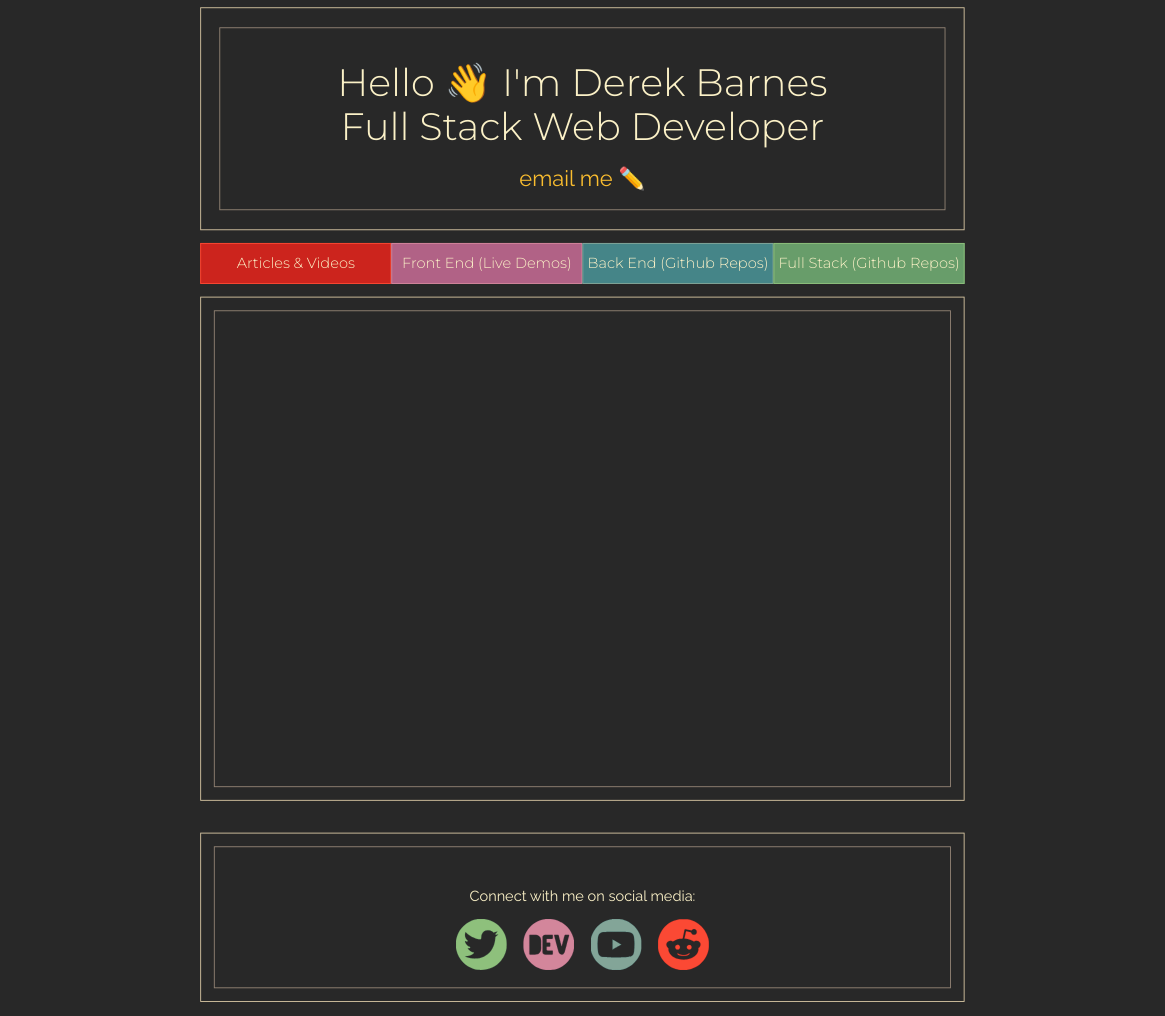
Repository: dsbarnes/groovy-blog
Page: index.html
These files come from the project's save history. The page is drawn as it stood at one moment and after the next save; the edit follows.
The browser window is 1280 px wide. The pictures show the whole page, at 91% of full size.
After loading, the first visible `#articles` was clicked once.
The style sheet was rebuilt from its Sass, Less or Tailwind sources for each picture, by a compiler version that may differ from the author's.

Above is the page before, as saved 2020-05-09 21:32:07.

### index.html
<!DOCTYPE html>
<html lang="en">

<head>
    <meta charset="UTF-8">
    <meta name="viewport" content="width=device-width, initial-scale=1.0">
    <link href="https://fonts.googleapis.com/css2?family=Montserrat:wght@300&display=swap" rel="stylesheet">
    <link href="https://fonts.googleapis.com/css2?family=Raleway&display=swap" rel="stylesheet">

    <title>D.S. Barnes</title>

    <link rel="stylesheet" href="./CSS/style.css">
</head>

<body>
    <div class="container">

        <div id='nameCard'>
            <div id="doubleBorder">
                <p>Hello 👋 I'm Derek Barnes</p>
                <p>Full Stack Web Developer</p>
                <br />
                <small><a href='mailto:derekb0147@gmail.com'>email me ✏️</a></small>
                <br />
            </div>
        </div>

        <div id='selections'>
            <p class='nav' data-color='red' id='articles'>Articles & Videos</p>
            <p class='nav' data-color='purple' id='frontend'>Front End (Live Demos)</p>
            <p class='nav' data-color='blue' id='backend'>Back End (Github Repos)</p>
            <p class='nav' data-color='aqua' id='fullstack'>Full Stack (Github Repos)</p>
        </div>

        <!-- <button id="toggle-button">Toggle collapse</button> -->

        <!-- Section one -->
        <div class="content">
            <div class='double-border'>
                <div id='about-section-text'>
                    <p>As a full stack developer, I don't just write code.</p>
                    <p>I focus on team dynamics, agile work practices, and communications.</p>
                    <br />
                    <p>I can build APIs and maintain databases.</p>
                    <p>Equally, often more importantly, I listen to and understand consumer needs.</p>
                    <br />
                    <p>I specialize in clean, unobtrusive interfaces,</p>
                    <p>using modern technology,</p>
                    <p>to communicate clearly and solve real world problems.</p>
                </div>

                <div id='articles-section-text'></div>
                <div id='frontend-section-text'></div>
                <div id='backend-section-text'></div>
                <div id='fullstack-section-text'></div>

            </div>
        </div>


        <!-- Section two -->
        <div class="hobbies collapsible">
            <div class='double-border collapsible'>

                <p>Besides code, I like to:</p>
                <br />

                <p class='xpad'>
                    <span class='bigEmoji'>🤔</span>
                    <span class='emojiText'>Think about philosophy.</span>
                </p>

                <p class='xpad'>
                    <span class='bigEmoji'>♟️</span>
                    <span class='emojiText'>Play chess.</span>
                </p>

                <p class='xpad'>
                    <span class='bigEmoji'>🎤</span>
                    <span class='emojiText'>listen to gratuitous amounts of rap music.</span>
                </p>


            </div>
        </div>


        <!-- Section three -->
        <div class="social-media">
            <div class="double-border">

                <p>Connect with me on social media:</p>

                <div id='media-icons'>
                    <img src='../SVG/twitterLogo.svg'><a href='#' id='twitter'></a></img>
                    <img src='../SVG/devLogo.svg'><a href='#' id="devto"></a></img>
                    <img src='../SVG/youtubeLogo.svg'><a href='#' id='youtube'></a></img>
                    <img src='../SVG/redditLogo.svg'><a href='#' id='reddit'></a></img>
                </div>

            </div>
        </div>

    </div><!-- container -->

    <script type=module src="index.js"></script>
</body>

</html>

### index.js
import articles from './components/articles.js'
import repos from './components/repos.js'

import articlesData from './siteData/articles.js'
import backendData from './siteData/backEnd.js'
import frontendData from './siteData/frontEnd.js'
import fullstackData from './siteData/fullStack.js'


document.querySelectorAll('.nav')
    .forEach(btn => btn.addEventListener('click', function () {
        console.log(this.dataset.color)

        const aboutText = document.getElementById('about-section-text')
        aboutText.style.display = 'none'

        // Add overflow: scroll
        document.querySelector('.content')
            .classList.add('collapsed')

        // Shrinks and fades out the middle box
        const doubleBorder =
            Array.from(document.querySelectorAll('.double-border'))
        doubleBorder[1].classList.add('collapsed')

        document.querySelector('.hobbies.collapsible')
            .classList.add('collapsed')

        // Slightly shrink the social media box:
        document.querySelector('.social-media')
            .classList.add('collapsed')

    }))

// document.querySelector('#toggle-button')
// .addEventListener('click',
// function () {
//     // Remove the about me section:
//     const aboutText = document.getElementById('about-section-text')
//     aboutText.style.display = 'none'

//     // Add overflow: scroll
//     document.querySelector('.section-one')
//         .classList.toggle('collapsed')

//     // Shrinks and fades out the middle box
//     document.querySelector('.section-two.collapsible')
//         .classList.toggle('collapsed')

//     document.querySelector('.section-three')
//         .classList.toggle('collapsed')

//     // repopulate what was the about section
//     // it is now the section the user clicked
//     repos(backendData)
// });

### components/articles.js
function modules(arr) {
    console.log('modules works')
}

export default modules

### components/repos.js
function repos(arr) {

    const root = document.getElementById('articles-section-text')

    for (const element of arr) {

        const keys = Object.keys(element)

        const container = document.createElement('div')
        const title = document.createElement('h1')
        const repolink = document.createElement('p')
        const demolink = document.createElement('p')
        const description = document.createElement('p')

        title.innerHTML = element['Repo']
        container.appendChild(title)

        repolink.innerHTML = element['RepoLink']
        container.appendChild(repolink)

        demolink.innerHTML = element['DemoLink']
        container.appendChild(demolink)

        description.innerHTML = element['Description']
        container.appendChild(description)


        container.id = 'article'
        root.appendChild(container)

    }
}

export default repos

### siteData/articles.js
const articleData = [
    {
        "Title": "Article Project One",
        "Link": "blah.com",
        "Date": "date-posted",
        "Short": "fjdklsafjdlks;fajsdl;f"
    },
    {
        "Title": "Article Project Two",
        "Link": "blah.com",
        "Date": "date-posted",
        "Short": "fjdklsafjdlks;fajsdl;f"
    },
    {
        "Title": "Article Project Three",
        "Link": "blah.com",
        "Date": "date-posted",
        "Short": "fjdklsafjdlks;fajsdl;f"
    },
    {
        "Title": "Article Project Four",
        "Link": "blah.com",
        "Date": "date-posted",
        "Short": "fjdklsafjdlks;fajsdl;f"
    },
    {
        "Title": "Article Project Five",
        "Link": "blah.com",
        "Date": "date-posted",
        "Short": "fjdklsafjdlks;fajsdl;f"
    }
]

export default articleData

### siteData/backEnd.js
const backendData = [
    {
        "Repo": "Back End Project One",
        "RepoLink": "blah.com",
        "Description": "README.md"
    },
    {
        "Repo": "Back End Project Two",
        "RepoLink": "blah.com",
        "Description": "README.md"
    },
    {
        "Repo": "Back End Project Three",
        "RepoLink": "blah.com",
        "Description": "README.md"
    },
    {
        "Repo": "Back End Project Four",
        "RepoLink": "blah.com",
        "Description": "README.md"
    },
    {
        "Repo": "Back End Project Five",
        "RepoLink": "blah.com",
        "Description": "README.md"
    }
]

export default backendData

### siteData/frontEnd.js
const frontendData = [
    {
        "Repo": "Front End Project One",
        "RepoLink": "blah.com",
        "DemoLink": "demo link",
        "Description": "README.md"
    },
    {
        "Repo": "Front End Project Two",
        "RepoLink": "blah.com",
        "DemoLink": "demo link",
        "Description": "README.md"
    },
    {
        "Repo": "Front End Project Three",
        "RepoLink": "blah.com",
        "DemoLink": "demo link",
        "Description": "README.md"
    },
    {
        "Repo": "Front End Project Four",
        "RepoLink": "blah.com",
        "DemoLink": "demo link",
        "Description": "README.md"
    },
    {
        "Repo": "Front End Project Five",
        "RepoLink": "blah.com",
        "DemoLink": "demo link",
        "Description": "README.md"
    }
]

export default frontendData

### siteData/fullStack.js
const fullstackData = [
    {
        "Repo": "Full Stack Project One",
        "RepoLink": "blah.com",
        "Description": "README.md"
    },
    {
        "Repo": "Full Stack Project Two",
        "RepoLink": "blah.com",
        "Description": "README.md"
    },
    {
        "Repo": "Full Stack Project Three",
        "RepoLink": "blah.com",
        "Description": "README.md"
    },
    {
        "Repo": "Full Stack Project Four",
        "RepoLink": "blah.com",
        "Description": "README.md"
    },
    {
        "Repo": "Full Stack Project Five",
        "RepoLink": "blah.com",
        "Description": "README.md"
    }
]

export default fullstackData

### style.scss
// Main Container:
// Sizings - everything is a multiple of 14!!
$container-width: 840px;
$container-height: 1100px;
$outer-width: $container-width * .8;
$margin-pad-sizing: 14px;


// Gruvbox colors:
$background-color: #282828;
$background-alt-color: #3c3836;
$font-color: #fbf1c7;
$font-alt-color: #ebdbb2;
$outer-border: #d5c4a1;
$inner-border: #928374;
$red-color: #cc241d;
$light-red-color: #fb4934;
$green-color: #98971a;
$light-green-color: #b8bb26;
$yellow-color: #d79921;
$light-yellow-color: #fabd2f;
$blue-color: #458588;
$light-blue-color: #83a598;
$purple-color: #b16286;
$light-purple-color: #d3869b;
$aqua-color: #689d6a;
$light-aqua-color: #8ec07c;


// Font:
$title-font: 'Montserrat', sans-serif;
$body-font: 'Raleway', sans-serif;
$title-font-size: 42px;
$body-font-size: 16px;


//Mixins:
@mixin bg-border($bg-color, $border-color){
  background-color: $bg-color;
  border: 1px solid $border-color;
}
@mixin font-fam-size($fam, $size){
  font-family: $fam;
  font-size: $size;
}
@mixin sectionButton($bg-color, $border-color){
  @include bg-border($bg-color, $border-color);
  @include font-fam-size($title-font, $body-font-size);
  display: inline-block;
  margin: 0 auto;
  //That just looks best as 12, idk.
  padding: 12px 0px;
  text-align: center;
  width: (($container-width / 4));
}

// Keyframes:
@keyframes fade-in{
  from{color: white;}
  to{ color: black;}
}
#article{ animation: fade-in 3s forwards;}


// Overall styling:
* { box-sizing:border-box; }
body{ background-color: $background-color; color: $font-color }

//Everything visible is inside this container:
.container {
  display:flex;
  flex-direction:column;
  justify-content:flex-start;
  width: $container-width;
  margin: 0 auto;
  // we're required to set height explicitly
  height: $container-height;
}


// Name Card
#nameCard{
  border: 1px solid $outer-border;
  padding: $margin-pad-sizing/2;
  text-align: center;
  line-height: $margin-pad-sizing/2;

  small{ @include font-fam-size($body-font, $body-font-size*1.5); }
  a{ text-decoration: none; color: $light-yellow-color }

  #doubleBorder{
      @include bg-border($background-color, $inner-border);
      p{ @include font-fam-size($title-font, $title-font-size);}
      margin: $margin-pad-sizing auto;
      padding: $margin-pad-sizing;
      padding-bottom: $margin-pad-sizing*2;

      // 14px b/c of margin.
      // Why *3? Good question.
      width: ($container-width - 14px*3);
  }
}


// Nav 'buttons'
#selections{
  display: flex;
  justify-content: space-between;
  margin-top: $margin-pad-sizing;
}
#articles{ @include sectionButton($red-color, $light-red-color) }
#frontend{ @include sectionButton($purple-color, $light-purple-color) }
#backend{ @include sectionButton($blue-color, $light-blue-color) }
#fullstack{ @include sectionButton($aqua-color, $light-aqua-color) }

// General double border settings, different from
// name card b/c ...damnit
.double-border{
  border: 1px solid $inner-border;
  // Variables not working in calc()
  // will investigate.
  height: calc(100% - 28px); // $margin-pad-size*2
  width: calc(100% - 28px);  // $margin-pad-size*2
  margin: $margin-pad-sizing auto 0 auto;
  padding: $margin-pad-sizing*2;
}
.double-border.collapsed { border: 0px solid white; }


// This is the section that expands:
.content{
  @include bg-border($background-color, $outer-border);
  @include font-fam-size($body-font, $body-font-size);
  line-height: $margin-pad-sizing/2;
  margin: $margin-pad-sizing 0;
  flex: 3;
  // overflow: hidden;
}
.content.collapsed{
  // overflow: hidden;
  .double-border{ overflow: scroll; }
}


// This section dissapears:
.hobbies {
  // note that we're transitioning flex, not height!
  @include bg-border($background-color, $outer-border);
  @include font-fam-size($body-font, $body-font-size);
  line-height: $margin-pad-sizing/2;
  margin: $margin-pad-sizing/2 0;
  flex: 2;
  .bigEmoji{ font-size: $title-font-size; }
  .xpad{ padding-left: 24px; }
  .emojiText{
      position: relative;
      bottom: $margin-pad-sizing;
      padding-left: $margin-pad-sizing/2;
  }
  // overflow:hidden;
  transition:all 0.4s ease;
}
.hobbies.collapsed {
  border: 0px solid $background-color;
  color: $background-color;
  overflow: hidden;
  flex: 0;
  // Big numbers to squeze box inward
  // for transition
  // margin: 0 200px;
  // padding: 0 400px;
}


// This section never changes
.social-media{
  @include bg-border($background-color, $outer-border);
  @include font-fam-size($body-font, $body-font-size);
  text-align: center;
  margin: $margin-pad-sizing/2 0;
  flex: 2;
  transition: all 0.6s ease;
}
.social-media.collapsed{ flex: 1; }


// Social Media Icons:
#media-icons{
  width: $container-width / 2;
  margin: 0 auto;
  text-align: center;
  line-height: $margin-pad-sizing;
  img{ width: $margin-pad-sizing*4; margin: 0 $margin-pad-sizing/2; }
}

After the next save:
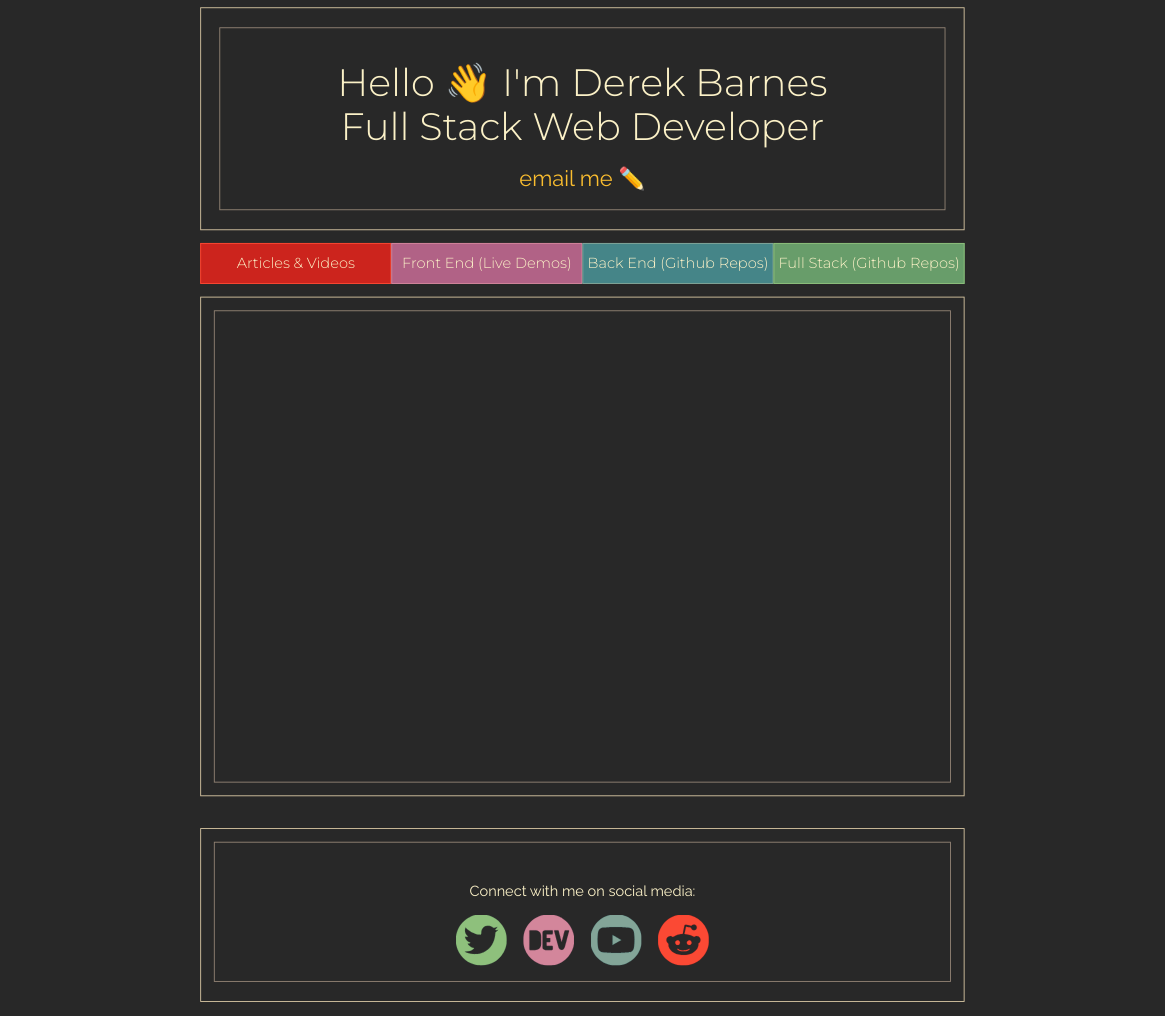
Saved 15 s later.
--- a/style.scss
+++ b/style.scss
@@ -181,7 +181,10 @@ body{ background-color: $background-color; color: $font-color }
   flex: 2;
   transition: all 0.6s ease;
 }
-.social-media.collapsed{ flex: 1; }
+.social-media.collapsed{
+  flex: 1;
+  padding-bottom: 7px;
+}
 
 
 // Social Media Icons:
